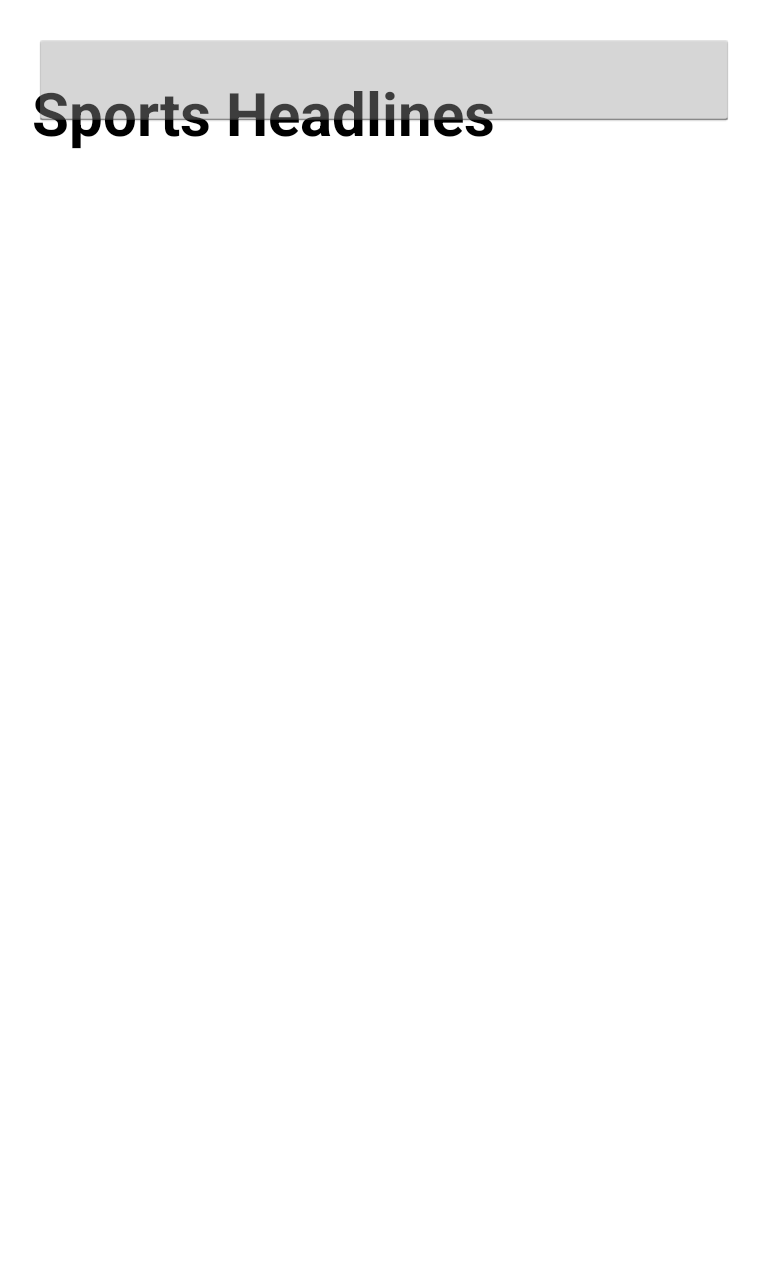
Repository: jbentley313/java2_Bentley2
Layout: sportsHeadlines/res/layout/activity_main.xml
An editor plug-in stored every save of this project. The layout is shown before and after the next save, followed by the edit.
It is drawn on a 768 x 1280 px phone screen (xhdpi) without system bars, with theme AppTheme; the app's code is not run.

Above is the layout before, as saved 2014-01-07 23:52:29.

After the next save:
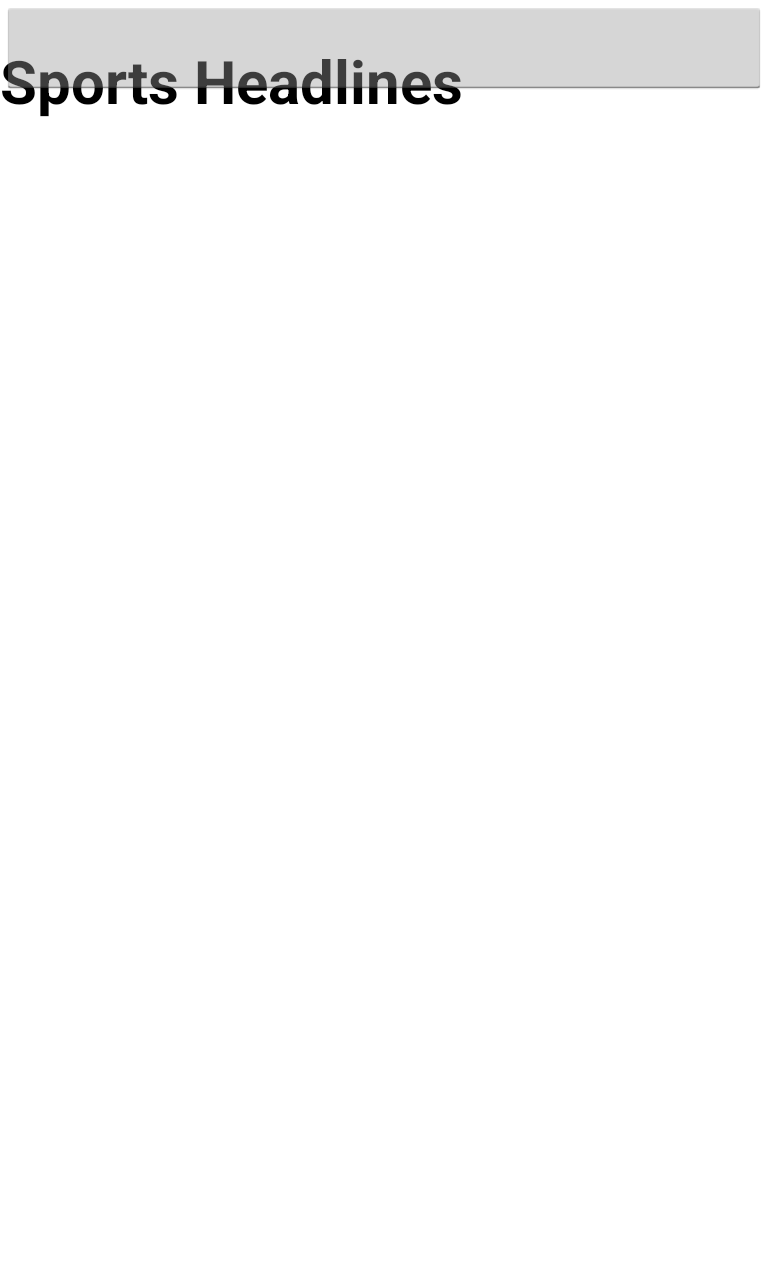
Saved 73 s later.
--- a/sportsHeadlines/res/layout/activity_main.xml
+++ b/sportsHeadlines/res/layout/activity_main.xml
@@ -1,12 +1,8 @@
 <RelativeLayout xmlns:android="http://schemas.android.com/apk/res/android"
     xmlns:tools="http://schemas.android.com/tools"
-    android:layout_width="match_parent"
-    android:layout_height="match_parent"
-    android:paddingBottom="@dimen/activity_vertical_margin"
-    android:paddingLeft="@dimen/activity_horizontal_margin"
-    android:paddingRight="@dimen/activity_horizontal_margin"
-    android:paddingTop="@dimen/activity_vertical_margin"
-    tools:context=".MainActivity" >
+    android:layout_width="fill_parent"
+    android:layout_height="wrap_content"
+    android:orientation="vertical" >
 
     <TextView
         android:layout_width="match_parent"
